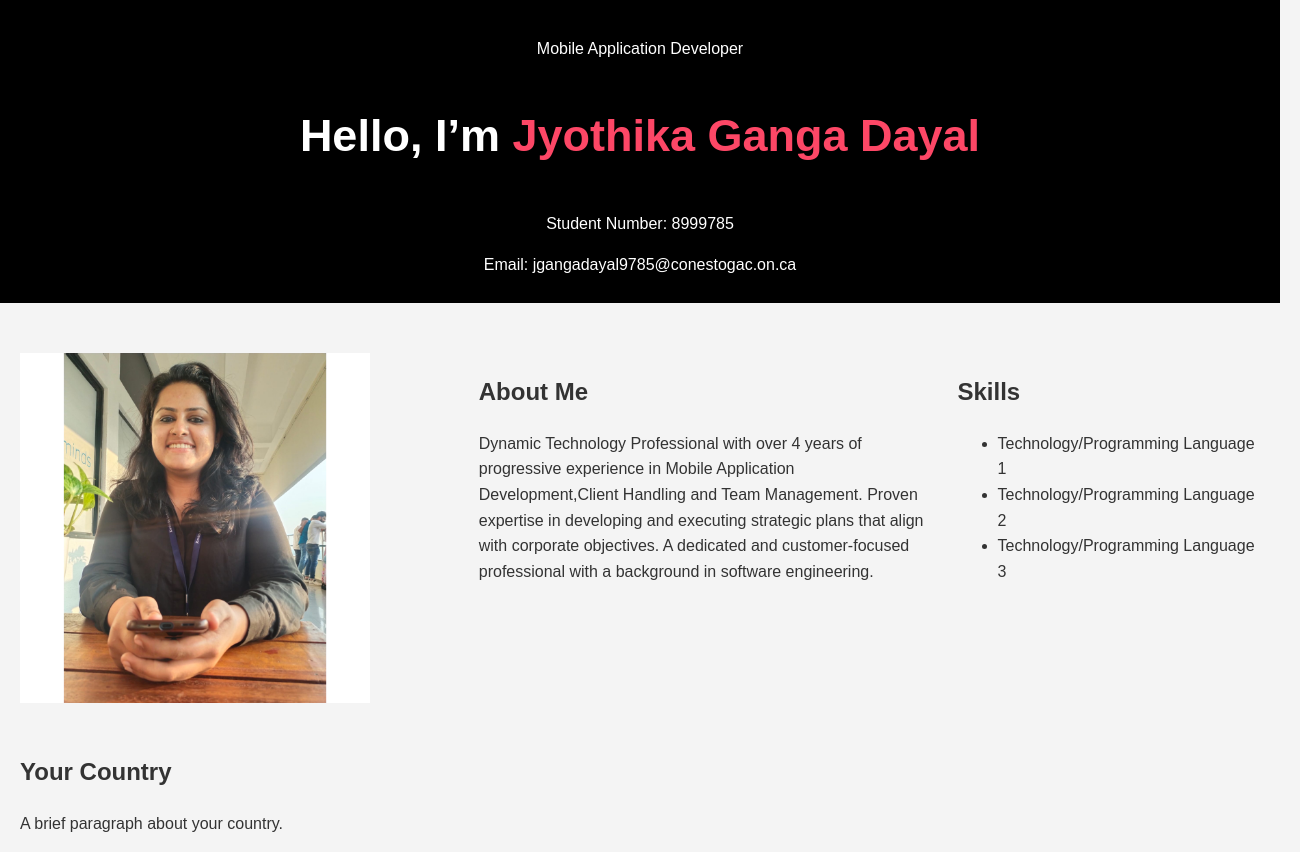
Repository: jyothika123/portfolio
Page: index.html
The author's editor kept a copy of each file at every save. The page is drawn from the files as they stood at one save, then again after the next save.
The browser window is 1280 px wide. The page is 1300 px wide, so the pictures cover 1300 px, including what lies to the right of the window. The pictures show the part of the page from y = 0 to 852 px (the page is 1313 px tall before and 1320 px after).
Pictures or frames that could not be fetched are drawn as grey boxes.

Above is the page before, as saved 2024-09-22 15:54:18.

After the next save:
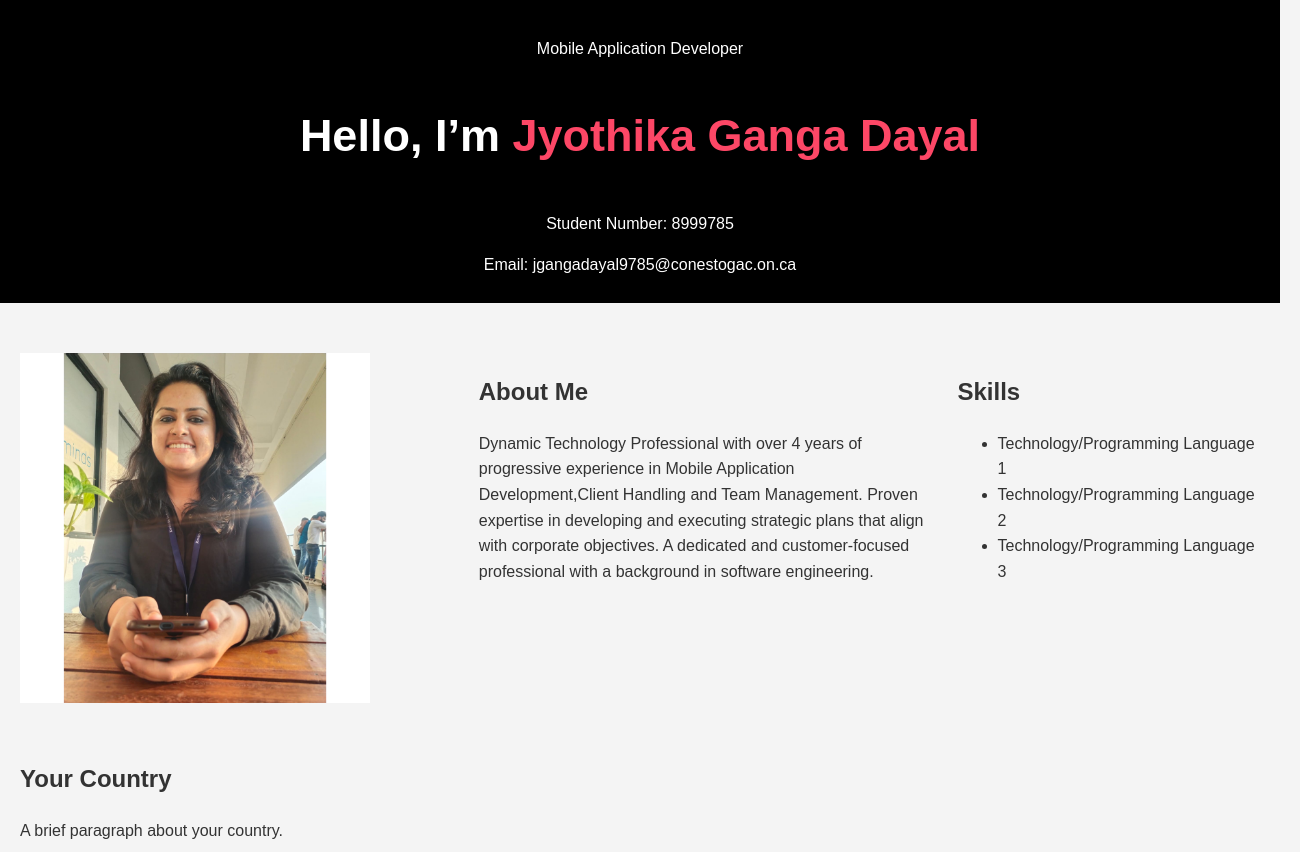
Saved 3 min 25 s later.
--- a/index.html
+++ b/index.html
@@ -19,7 +19,9 @@
     <main>
         <section class="box">
             <section class="bio">
-                <img src="images/image.PNG" alt="A photo representing me" class="profile">
+                <div>
+                    <img src="images/image.PNG" alt="A photo representing me" class="profile">
+                </div>
                 <div>
                     <h2>About Me</h2>
                     <p>Dynamic Technology Professional with over 4 years of progressive experience
